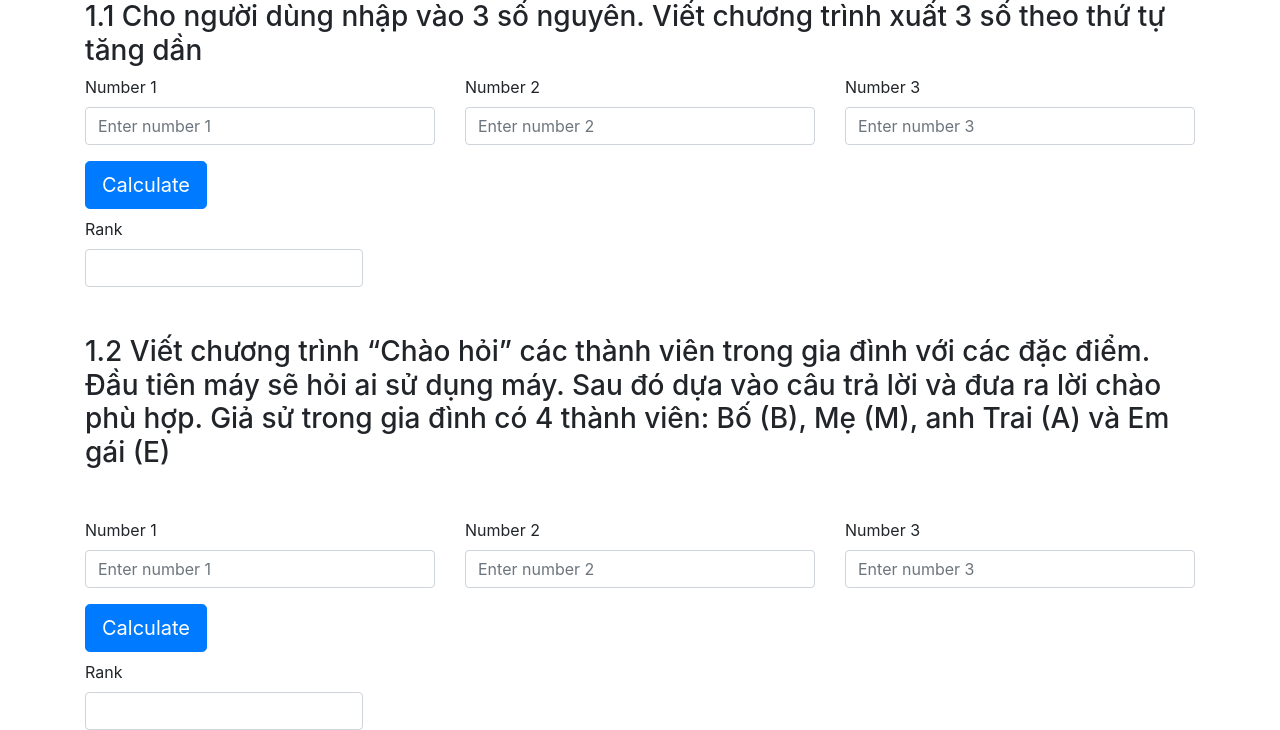
Repository: baobaodeveloper/bootscamp21__jsbasic__HuynhAnhBao
Page: index.html
The author's editor kept a copy of each file at every save. The page is drawn from the files as they stood at one save, then again after the next save.
The browser window is 1280 px wide. The pictures show the whole page.

Above is the page before, as saved 2022-03-09 23:50:34.

### index.html
<!DOCTYPE html>
<html lang="en">
  <head>
    <title>javaScript basic</title>
    <!-- Required meta tags -->
    <meta charset="utf-8" />
    <meta
      name="viewport"
      content="width=device-width, initial-scale=1, shrink-to-fit=no"
    />

    <!-- Bootstrap CSS -->
    <link
      rel="stylesheet"
      href="https://stackpath.bootstrapcdn.com/bootstrap/4.3.1/css/bootstrap.min.css"
      integrity="sha384-ggOyR0iXCbMQv3Xipma34MD+dH/1fQ784/j6cY/iJTQUOhcWr7x9JvoRxT2MZw1T"
      crossorigin="anonymous"
    />
  </head>
  <body>
    <!-- Cho người dùng nhập vào 3 số nguyên. Viết chương trình xuất 3 số theo thứ tự tăng dần -->
    <div class="container mb-xl-5">
      <h3>
        1.1 Cho người dùng nhập vào 3 số nguyên. Viết chương trình xuất 3 số
        theo thứ tự tăng dần
      </h3>

      <div class="row">
        <div class="col">
          <label class="form-label">Number 1</label>
          <input
            type="text"
            class="form-control num1"
            placeholder="Enter number 1"
          />
        </div>
        <div class="col">
          <label class="form-label">Number 2</label>
          <input
            type="number"
            class="form-control num2"
            placeholder="Enter number 2"
          />
        </div>
        <div class="col">
          <label class="form-label">Number 3</label>
          <input
            type="number"
            class="form-control num3"
            placeholder="Enter number 3"
          />
        </div>
      </div>

      <button type="button " class="btn btn-primary btn-lg mt-3 mb-2 btn-rank">
        Calculate
      </button>

      <div class="mt-3 m-auto">
        <label class="form-label">Rank</label>
        <input type="text" class="form-control w-25 result1" />
      </div>
    </div>

    <!-- Viết chương trình “Chào hỏi” các thành viên trong gia đình với các đặc điểm. Đầu tiên máy
    sẽ hỏi ai sử dụng máy. Sau đó dựa vào câu trả lời và đưa ra lời chào phù hợp. Giả sử trong
    gia đình có 4 thành viên: Bố (B), Mẹ (M), anh Trai (A) và Em gái (E) -->
    <div class="container">
      <h3 class="mb-5">
        1.2 Viết chương trình “Chào hỏi” các thành viên trong gia đình với các
        đặc điểm. Đầu tiên máy sẽ hỏi ai sử dụng máy. Sau đó dựa vào câu trả lời
        và đưa ra lời chào phù hợp. Giả sử trong gia đình có 4 thành viên: Bố
        (B), Mẹ (M), anh Trai (A) và Em gái (E)
      </h3>

      <div class="row">
        <div class="col">
          <label class="form-label">Number 1</label>
          <input
            type="text"
            class="form-control num1"
            placeholder="Enter number 1"
          />
        </div>
        <div class="col">
          <label class="form-label">Number 2</label>
          <input
            type="number"
            class="form-control num2"
            placeholder="Enter number 2"
          />
        </div>
        <div class="col">
          <label class="form-label">Number 3</label>
          <input
            type="number"
            class="form-control num3"
            placeholder="Enter number 3"
          />
        </div>
      </div>

      <button type="button " class="btn btn-primary btn-lg mt-3 mb-2 btn-rank">
        Calculate
      </button>

      <div class="mt-3 m-auto">
        <label class="form-label">Rank</label>
        <input type="text" class="form-control w-25 result1" />
      </div>
    </div>
    <!-- Optional JavaScript -->
    <!-- jQuery first, then Popper.js, then Bootstrap JS -->
    <script
      src="https://code.jquery.com/jquery-3.3.1.slim.min.js"
      integrity="sha384-q8i/X+965DzO0rT7abK41JStQIAqVgRVzpbzo5smXKp4YfRvH+8abtTE1Pi6jizo"
      crossorigin="anonymous"
    ></script>
    <script
      src="https://cdnjs.cloudflare.com/ajax/libs/popper.js/1.14.7/umd/popper.min.js"
      integrity="sha384-UO2eT0CpHqdSJQ6hJty5KVphtPhzWj9WO1clHTMGa3JDZwrnQq4sF86dIHNDz0W1"
      crossorigin="anonymous"
    ></script>
    <script
      src="https://stackpath.bootstrapcdn.com/bootstrap/4.3.1/js/bootstrap.min.js"
      integrity="sha384-JjSmVgyd0p3pXB1rRibZUAYoIIy6OrQ6VrjIEaFf/nJGzIxFDsf4x0xIM+B07jRM"
      crossorigin="anonymous"
    ></script>

    <script src="exercise1.js"></script>
  </body>
</html>

### exercise1.js
const numValue1 = document.querySelector(".num1");
const numValue2 = document.querySelector(".num2");
const numValue3 = document.querySelector(".num3");
const btnRank = document.querySelector(".btn-rank");
const result1 = document.querySelector(".result1");
btnRank.addEventListener("click", () => {
  const num1 = +numValue1.value;
  const num2 = +numValue2.value;
  const num3 = +numValue3.value;
  let rank = "";
  if (num1 < num2 && num2 < num3) {
    rank = `${num1}  ${num2}  ${num3}`;
  } else if (num1 < num3 && num3 < num2) {
    rank = `${num1}  ${num3}  ${num2}`;
  } else if (num2 < num1 && num1 < num3) {
    rank = `${num2}  ${num1}  ${num3}`;
  } else if (num2 < num3 && num3 < num1) {
    rank = `${num2}  ${num1}  ${num3}`;
  } else if (num3 < num1 && num1 < num2) {
    rank = `${num3}  ${num1}  ${num2}`;
  } else if (num3 < num2 && num2 < num1) {
    rank = `${num3}  ${num2}  ${num1}`;
  } else if (num1 === num2 && num1 < num3) {
    rank = `${num1}  ${num1}  ${num3}`;
  } else if (num1 === num3 && num1 < num2) {
    rank = `${num1}  ${num1}  ${num3}`;
  } else if (num2 === num3 && num3 < num1) {
    rank = `${num2}  ${num2}  ${num3}`;
  }
  result1.value = rank;
});

After the next save:
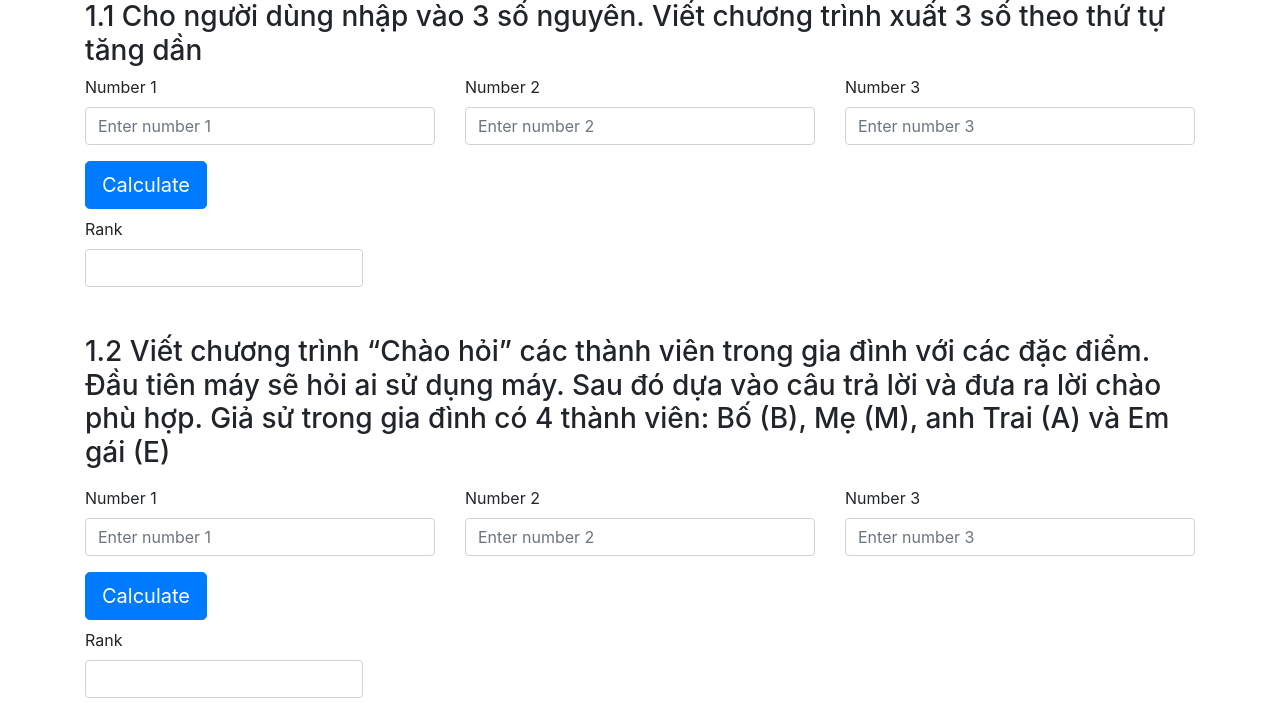
Saved 7 s later.
--- a/index.html
+++ b/index.html
@@ -66,7 +66,7 @@
     sẽ hỏi ai sử dụng máy. Sau đó dựa vào câu trả lời và đưa ra lời chào phù hợp. Giả sử trong
     gia đình có 4 thành viên: Bố (B), Mẹ (M), anh Trai (A) và Em gái (E) -->
     <div class="container">
-      <h3 class="mb-5">
+      <h3 class="mb-3">
         1.2 Viết chương trình “Chào hỏi” các thành viên trong gia đình với các
         đặc điểm. Đầu tiên máy sẽ hỏi ai sử dụng máy. Sau đó dựa vào câu trả lời
         và đưa ra lời chào phù hợp. Giả sử trong gia đình có 4 thành viên: Bố
